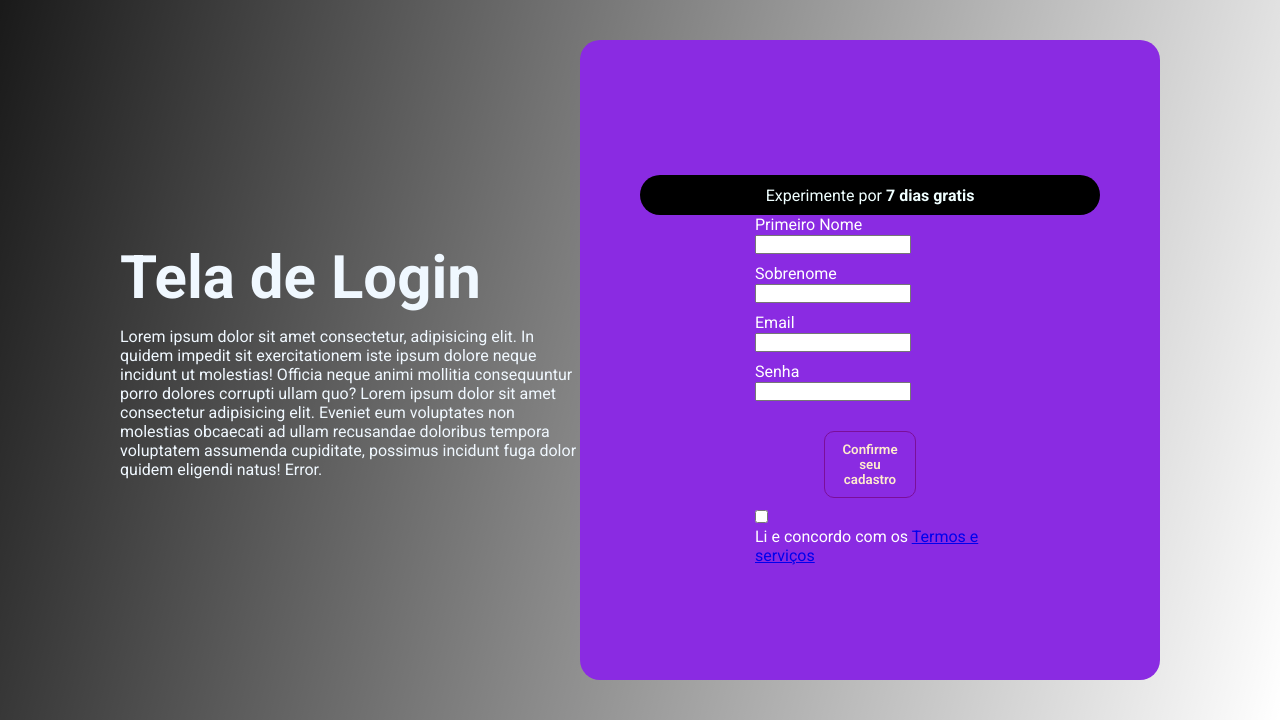
Repository: gimoli/tela-login
Page: index.html
An editor plug-in stored every save of this project. The page is shown before and after a run of saves, followed by the edit.
The browser window is 1280 px wide. The pictures show the whole page.

Above is the page before, as saved 2025-04-16 22:16:37.

After the next 6 saves:
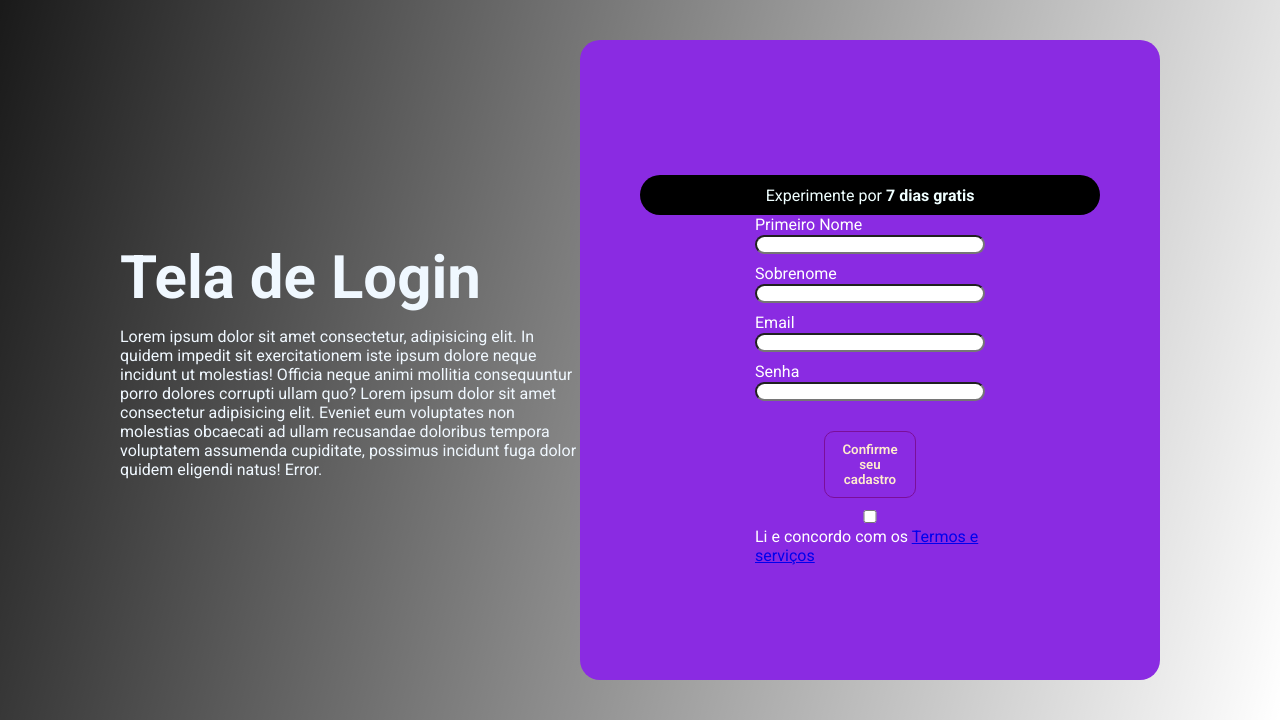
The 6 saves are shown as one change because they came seconds apart.
The last was saved 16 s later.
--- a/style.css
+++ b/style.css
@@ -100,8 +100,10 @@ main {
 }
 
 .forms input{
-    border-radius: ;
+    border-radius: 20px;
+    width: 100%;
 }
+
 .forms button{
     cursor: pointer;
     margin-top: 20px;
